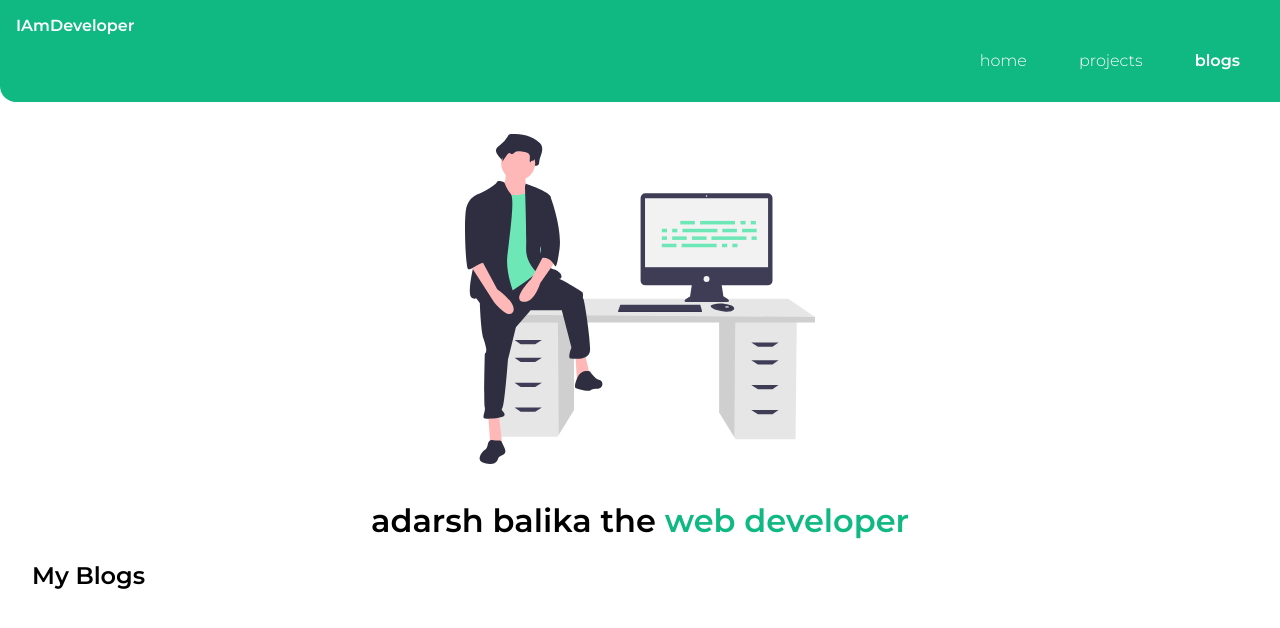
Repository: sohan2503001/Portfolio
Page: blogs.html
An editor plug-in stored every save of this project. The page is shown before and after a run of saves, followed by the edit.
The browser window is 1280 px wide. The pictures show the whole page.

Above is the page before, as saved 2021-03-27 19:25:18.

After the next 2 saves:
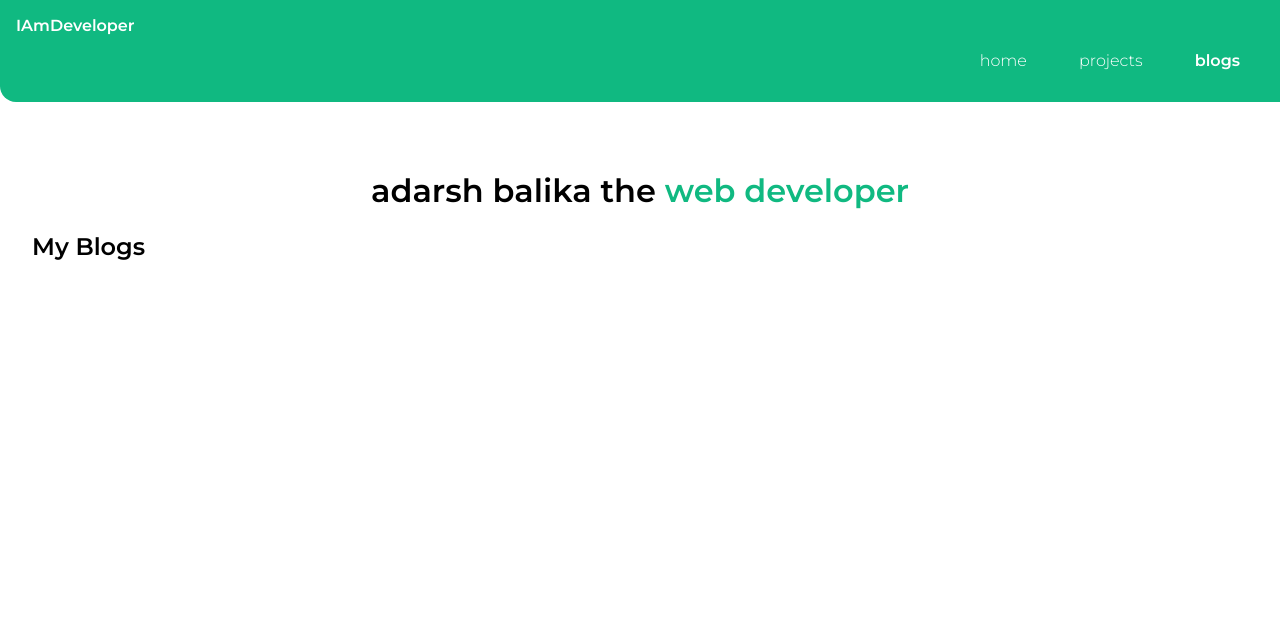
The 2 saves are shown as one change because they came seconds apart.
The last was saved 31 s later.
--- a/blogs.html
+++ b/blogs.html
@@ -24,7 +24,6 @@
 
 
     <header class="hero">
-        <img class="hero-img" src="/images/hero.svg" />
         <h1 class="hero-heading">adarsh balika the <span class="heading-inverted"> web developer</span></h1>
         <h2>My Blogs</h2>
     </header>
